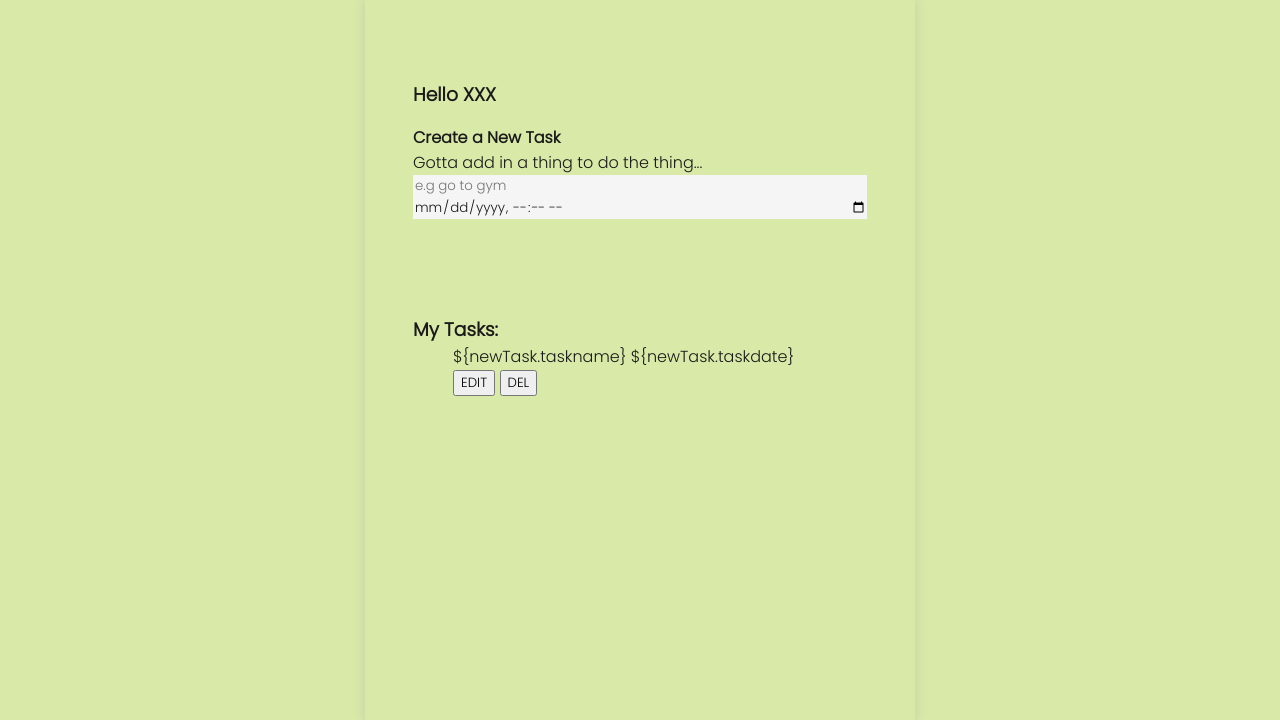
Repository: acidpixie/todo-app-version3
Page: index.html
An editor plug-in stored every save of this project. The page is shown before and after the next save, followed by the edit.
The browser window is 1280 px wide. The pictures show the whole page.

Above is the page before, as saved 2022-06-11 15:44:26.

After the next save:
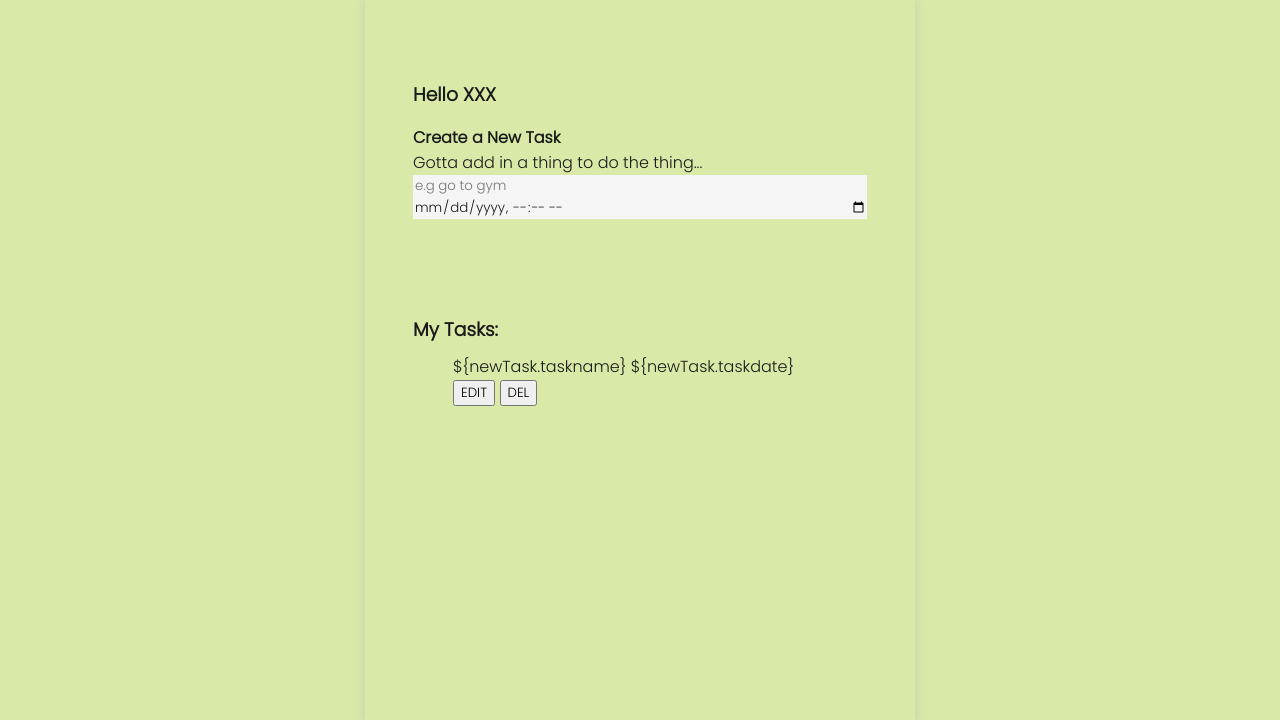
Saved 17 s later.
--- a/css/stylesheet.css
+++ b/css/stylesheet.css
@@ -46,6 +46,6 @@ input {
 }
 
 li {
+    padding-top: 10px;
     list-style: none;
-    text-decoration: none;
 }
